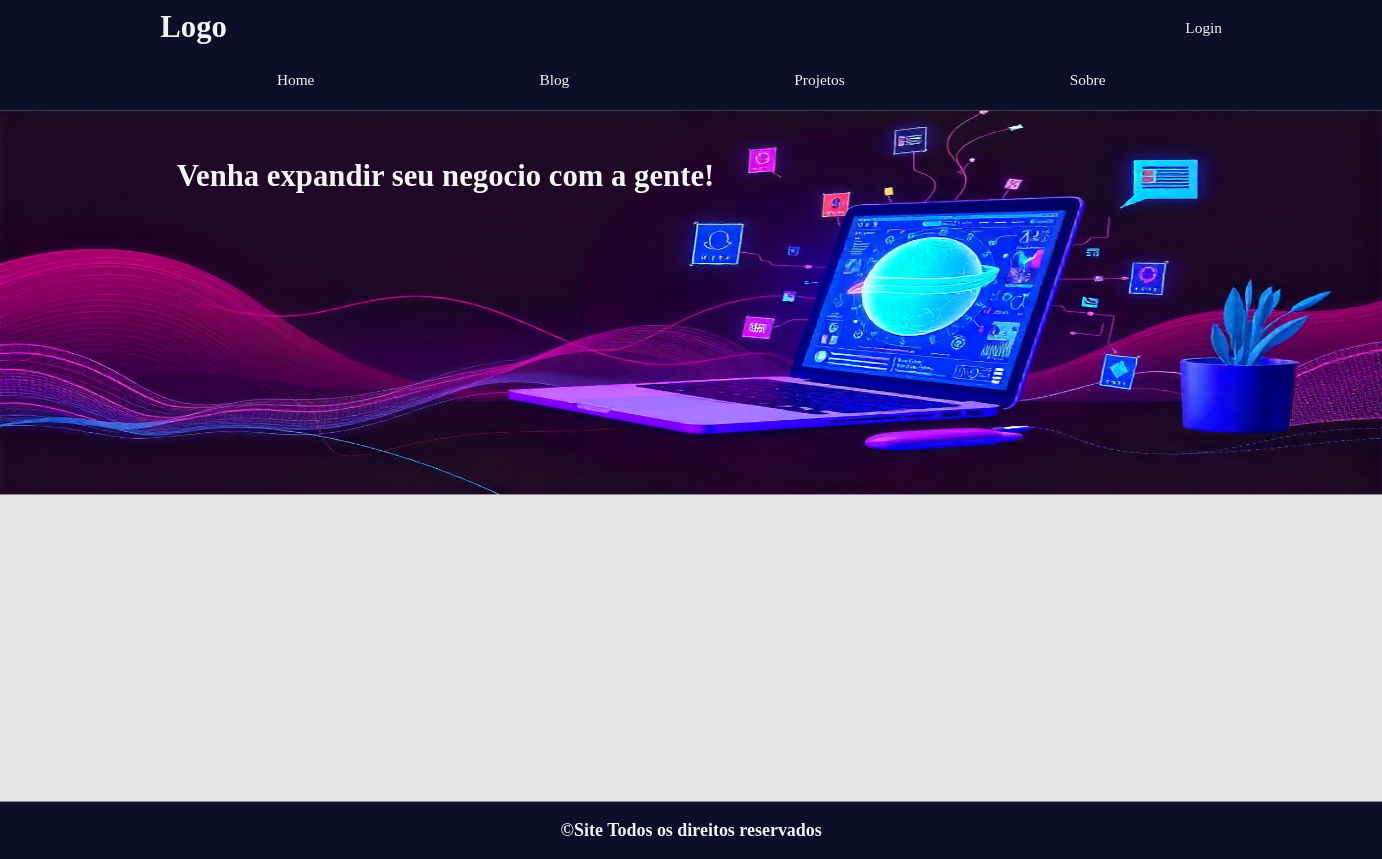
Repository: SauloMorais01/mysitefront-end
Page: index.html
An editor plug-in stored every save of this project. The page is shown before and after the next save, followed by the edit.
The browser window is 1440 px wide. The pictures show the whole page, at 96% of full size.

Above is the page before, as saved 2024-11-01 22:02:06.

### index.html
<!DOCTYPE html>
<html lang="pt-br">
<head>
    <meta charset="UTF-8">
    <meta name="viewport" content="width=device-width, initial-scale=1.0">
    <title>Titulo - status</title>
    <link rel="stylesheet" href="./src/css/style.css">
</head>
<body>
    <header class="primary-color hd-color-white">
        <div class="container">
            <div class="top-box flex">
                <div class="logo">
                    <a class="hd-color-white" href="/"><h1>Logo</h1></a>
                </div>
                <div class="login">
                    <a class="hd-color-white" href="/">Login</a>
                </div>
            </div>
        </div>
    </header>

    <section id="menu" class="sticky-top primary-color hd-color-white">
            <div class="container center">
                <a href="/">Home</a>
                <a href="./src/pages/blog.html">Blog</a>
                <a href="/">Projetos</a>
                <a href="/">Sobre</a>
            </div>
    </section>

    <main>
        <section class="info-top">
            <div class="container hd-color-white">
                <h1>Venha expandir seu negocio com a gente!</h1>
            </div>
        </section>

    </main>

    <footer class="primary-color center">
        <h3 class="hd-color-white">&copy;<strong>Site</strong> Todos os direitos reservados</h3>
    </footer>


    <script src="./src/js/main.js"></script>
</body>
</html>

### src/css/style.css
/* Primary configs */
:root {
    /* Colors */
    /* Bases */
    --primary-color: 234, 94%, 6%,;
    --secondary-color: 184, 86%, 66%,;
    --body-color: 0, 0%, 89%,;
    --white-color: 0, 0%, 100%,;
    --black-color: 0, 0%, 0%,;
    /* End Bases */

    /* Variations colors */
    --primary-color-normal: hsla(var(--primary-color) 0.95);
    --primary-color-medium: hsla(var(--primary-color) 0.5);
    --primary-color-light: hsla(var(--primary-color) 0.250);

    --secondary-color-normal: hsla(var(--secondary-color) 0.95);
    --secondary-color-medium: hsla(var(--secondary-color) 0.5);
    --secondary-color-light: hsla(var(--secondary-color) 0.250);

    --body-color-normal: hsla(var(--body-color) 0.95);
    --body-color-medium: hsla(var(--body-color) 0.5);
    --body-color-light: hsla(var(--body-color) 0.250);

    --black-color-normal: hsla(var(--black-color) 0.95);
    --black-color-medium: hsla(var(--black-color) 0.5);
    --black-color-light: hsla(var(--black-color) 0.250);

    --white-color-normal: hsla(var(--white-color) 0.95);
    --white-color-medium: hsla(var(--white-color) 0.5);
    --white-color-light: hsla(var(--white-color) 0.250);
    /* End variations colors */
    /* End Colors */

    /* Conf Sizes */
    --container-larger-l: 80%;
    --container-larger-m: 80%;
    --container-larger-s: 80%;
    --container-tablet: 90%;
    --container-small-d: 95%;
    --grid-width: 20%;
    --grid-height: 20%;
    /* End conf Sizes */
}

/* Global */
* {
    box-sizing: border-box;
    margin: 0;
    padding: 0;
}
/* End global */

/* pagina */
body {
    background: var(--body-color-normal);
}

a {
    list-style: none;
    text-decoration: none;
}


main {
    height: 100vh;
}

footer {
    height: 60px;
}

footer h3 {
    padding-top: 1.2rem;
}

/* end pagina */

/* Utils */
.flex {
    display: flex;
}

.sticky-top {
    position: sticky;
    top: 0;
}

.center {
    text-align: center;
}

.right {
    text-align: right;
}

.left {
    text-align: left;
}

.grid-temp {
    width: var(--grid-width); height: var(--grid-height);
    display: grid;
    grid-template-columns: repeat(4, 1fr);
    grid-template-rows: repeat(4, 1fr);
}

.primary-color{
    background: var(--primary-color-normal);
}

.secondary-color{
    background: var(--secondary-color-normal);
}

.hd-color-black {
    color: var(--black-color-normal);
}

.hd-color-white {
    color: var(--white-color-normal);
}

.hidden {
    display: none;
}
/* End utils */



/* Responsividade */
@media (max-width: 575.99px) {
    .container {
        margin: 0 auto;
        width: var(--container-small-d);
    }

    header {
        height: 40px;
    }

    #menu {
        height: 40px;
        display:none;
    }

    #menu a {
        color: var(--white-color-normal);
        margin: 5px 2%;
        padding: 10px 5%;
    }

    .login {
        display: none;
    }

    #menu a:hover {
        background-color: var(--secondary-color-light);
        border-radius: 5px;
    }

    .top-box {
        position: relative;
        padding-top: 2px;
    }

    .logo {
        position: absolute;
        left: 1%;
        font-size: 0.8rem;
    }

    .login {
        position: absolute;
        margin-top: 2px;
        right: 1%;
    }

    /* Main */
    .info-top{
        /* background: #4f0c6e; */
        height: 400px;
        background-image: url(../img/freepik__generate-images-about-web-development__7459.jpeg);
        background-position: center;
        backface-visibility: inherit;
        /* background-repeat: no-repeat; */
    }
}

@media (min-width: 576px) {
    .container {
        margin: 0 auto;
        width: var(--container-small-d);
    }

    header {
        height: 40px;
    }

    #menu {
        height: 40px;
        display:none;
    }

    #menu a {
        color: var(--white-color-normal);
        margin: 5px 2%;
        padding: 10px 5%;
    }

    .login {
        display: none;
    }

    #menu a:hover {
        background-color: var(--secondary-color-light);
        border-radius: 5px;
    }

    .top-box {
        position: relative;
        padding-top: 3px;
    }

    .logo {
        position: absolute;
        left: 1%;
        font-size: 0.8rem;
    }

    .login {
        position: absolute;
        margin-top: 3px;
        right: 1%;
    }

    /* Main */
    .info-top{
        /* background: #4f0c6e; */
        height: 400px;
        background-image: url(../img/freepik__generate-images-about-web-development__7459.jpeg);
        background-position: center;
        backface-visibility: inherit;
        /* background-repeat: no-repeat; */
    }
}

/* Medium devices (tablets, 768px and up) */
@media (min-width: 768px) {
    .container {
        margin: 0 auto;
        width: var(--container-tablet);
    }

    header {
        height: 50px;
    }

    #menu {
        height: 40px;
        display:none;
    }

    #menu a {
        color: var(--white-color-normal);
        margin: 5px 3%;
        padding: 10px 5%;
    }

    #menu a:hover {
        background-color: var(--secondary-color-light);
        border-radius: 5px;
    }

    .login {
        display: block;
    }

    .top-box {
        position: relative;
        padding-top: 6px;
    }

    .logo {
        position: absolute;
        left: 2%;
        font-size: 1rem;
    }

    .login {
        position: absolute;
        margin-top: 6px;
        right: 2%;
    }

    /* Main */
    .info-top{
        /* background: #4f0c6e; */
        height: 400px;
        background-image: url(../img/freepik__generate-images-about-web-development__7459.jpeg);
        background-position: center;
        backface-visibility: inherit;
        /* background-repeat: no-repeat; */
    }
}

/* Large devices (desktops, 992px and up) */
@media (min-width: 992px) {
    .container {
        margin: 0 auto;
        width: var(--container-larger-s);
    }

    header {
        height: 60px;
    }

    #menu {
        height: 40px;
        display: block;
    }

    #menu a {
        color: var(--white-color-normal);
        margin: 5px 4%;
        padding: 10px 5%;
    }

    #menu a:hover {
        background-color: var(--secondary-color-light);
        border-radius: 5px;
    }

    .top-box {
        position: relative;
        padding-top: 8px;
    }

    .logo {
        position: absolute;
        left: 2%;
    }

    .login {
        position: absolute;
        margin-top: 8px;
        right: 2%;
    }

    /* Main */
    .info-top{
        /* background: #4f0c6e; */
        height: 400px;
        background-image: url(../img/freepik__generate-images-about-web-development__7459.jpeg);
        background-position: center;
        backface-visibility: inherit;
        /* background-repeat: no-repeat; */
    }
}

/* X-Large devices (large desktops, 1200px and up) */
@media (min-width: 1200px) {
    .container {
        margin: 0 auto;
        width: var(--container-larger-m);
    }

    header {
        height: 70px;
    }

    #menu {
        height: 40px;
        display: block;
    }

    #menu a {
        color: var(--white-color-normal);
        margin: 5px 4.5%;
        padding: 10px 5%;
    }

    #menu a:hover {
        background-color: var(--secondary-color-light);
        border-radius: 5px;
    }

    .top-box {
        position: relative;
        padding-top: 8px;
    }

    .logo {
        position: absolute;
        left: 2%;
    }

    .login {
        position: absolute;
        margin-top: 8px;
        right: 2%;
    }

    /* Main */
    .info-top{
        /* background: #4f0c6e; */
        height: 400px;
        background-image: url(../img/freepik__generate-images-about-web-development__7459.jpeg);
        background-position: center;
        backface-visibility: inherit;
        /* background-repeat: no-repeat; */
    }
}

/* XX-Large devices (larger desktops, 1400px and up) */
@media (min-width: 1400px) {
    .container {
        margin: 0 auto;
        width: var(--container-larger-l);
    }

    header {
        height: 75px;
    }

    #menu {
        height: 40px;
        display: block;
    }

    #menu a {
        color: var(--white-color-normal);
        margin: 5px 5%;
        padding: 10px 5%;
    }

    #menu a:hover {
        background-color: var(--secondary-color-light);
        border-radius: 5px;
    }

    .top-box {
        position: relative;
        padding-top: 10px;
    }

    .logo {
        position: absolute;
        left: 2%;
    }

    .login {
        position: absolute;
        margin-top: 10px;
        right: 2%;
    }

    /* Main */
    .info-top{
        /* background: #4f0c6e; */
        padding: 50px;
        height: 400px;
        background-image: url(../img/freepik__generate-images-about-web-development__7459.jpeg);
        background-position: center;
        background-size: 100% 400px;
        /* background-repeat: no-repeat; */
    }

    .info-top h1 {
        font-size: 2.0rem;
    }
}
/* End responsividade */

Loaded but not shown: src/js/main.js (no copy from this time; the picture is the same without it)

After the next save:
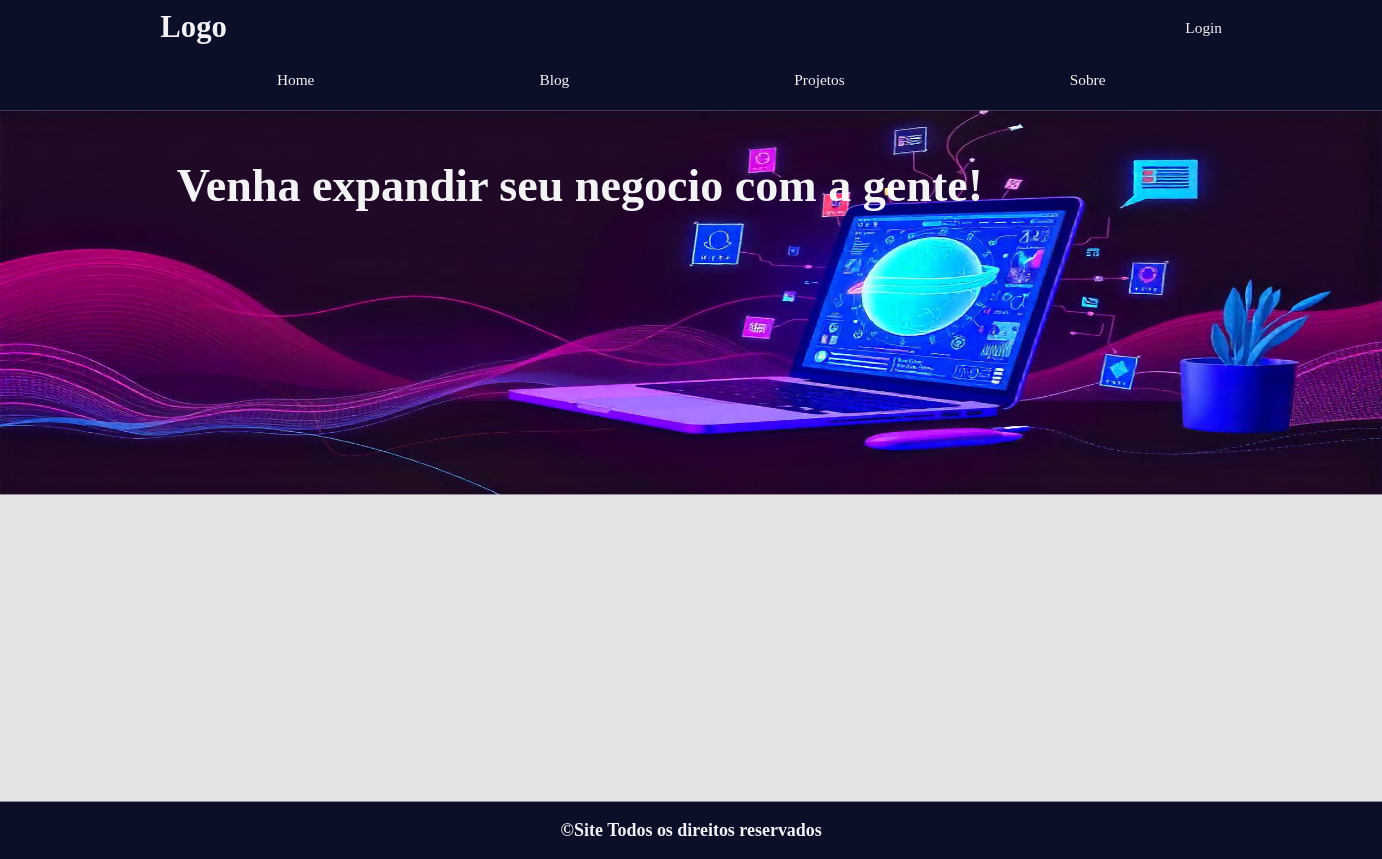
Saved 8 s later.
--- a/src/css/style.css
+++ b/src/css/style.css
@@ -467,7 +467,7 @@ footer h3 {
     }
 
     .info-top h1 {
-        font-size: 2.0rem;
+        font-size: 3.0rem;
     }
 }
 /* End responsividade */
